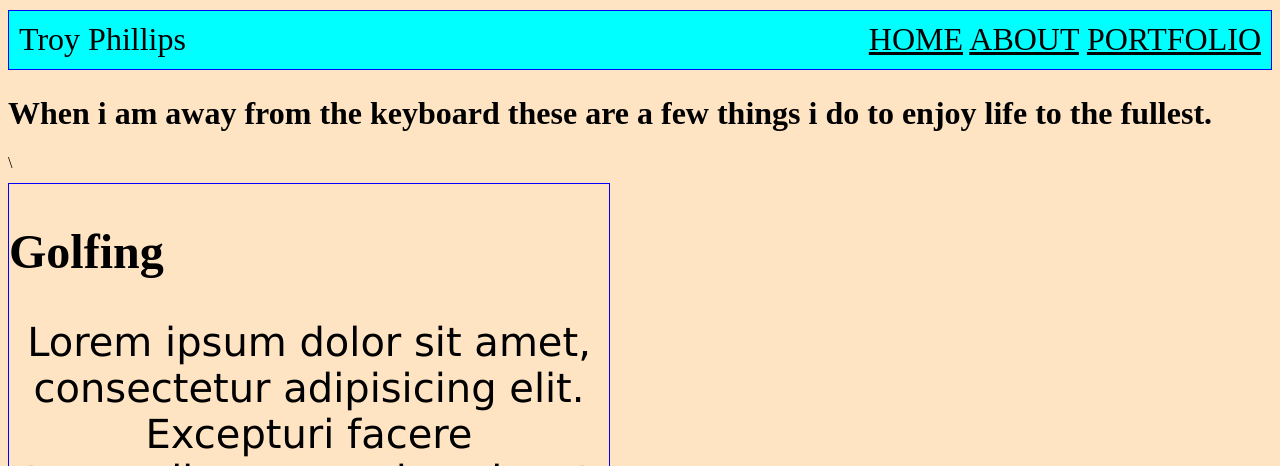
Repository: TheTroyPhillips/Personal-website
Page: about.html
The author's editor kept a copy of each file at every save. The page is drawn from the files as they stood at one save, then again after the next save.
The browser window is 1280 px wide. The pictures show the part of the page from y = 0 to 466 px (the page is 1850 px tall before and 1838 px after).
A picture or video elsewhere on the page could not be fetched, so the positions and the page height are approximate.

Above is the page before, as saved 2023-09-10 23:10:04.

### about.html
<!DOCTYPE html>
<html lang="en">
<head>
    <meta charset="UTF-8">
    <meta name="viewport" content="width=device-width, initial-scale=1.0">
    <title>Document</title>
    <link rel="stylesheet" href="style.css">
</head>
<body>
    <div class="parent">
        <div class="child">
            <span class="myname">Troy Phillips</span>
        <nav class="pages">
            <a class="active" href="/">HOME</a>
            <a href="/about.html">ABOUT</a>
            <a href="/portfolio.html">PORTFOLIO</a>
        </div>
        <h1 class="about">When i am away from the keyboard these are
            a few things i do to enjoy life to the fullest.</h1>\
     <div class="parent"></div>
        <div class="childb">
            <section>
                <h2>Golfing</h2>
                <p class="pa">Lorem ipsum dolor sit amet, consectetur adipisicing elit. Excepturi facere
                     temporibus,corporis quia, at facilis a molestiae, reprehenderit quod
                      distinctio quae in quam vitae earum ut nemo eligendi! Corporis, omnis.</p>
         </div>
         <div class="childb">
            <img src="pexels-ashford-marx-6501725.jpg" alt="">
        </div>
    </div>
         <div class="childb1">
            <section>
                <h2>Spending time with family</h2>
                <p class="pa">Lorem ipsum dolor sit amet consectetur adipisicing elit.
                     Voluptas illum id molestiae debitis harum.</p>
            </section>
         </div>
         <div class="childb1">
           <img src="pexels-anna-shvets-4586683.jpg" alt="">
        </div>
</body>
</html>

### style.css
.child{
    width: 100%;
    height: 60px;
    border: 1px solid blue;
    display: inline-block;
    box-sizing: border-box;
    background-color: aqua;
    padding: 10px;
}
.childb{
    width: 600px;
    height: 600px;
    border: 1px solid blue;
    display: inline-block;
    margin-top: 1px;
    border-left: 15%;
}
.myname{
    float: left;
    font-size: 2rem;
}
.pages{
    float: right;
    font-size: 2rem;
}
.pages a.active{
    color: inherit;
}
.pages a{
    color: inherit;
}
body{
    background-color: bisque;
}
main{
    text-align: center;
    margin-left: 5%;
    margin-right: 5%;
    font-size: 1.8rem;
}
p{
    text-align: center;
    font-size: 2.5rem;
    font-family: Verdana, Geneva, Tahoma, sans-serif;
    margin: 130px;
}
.pa{
    margin: 10px;
}
h2{
    font-size: 3rem;
}
.childc{
    width: 70%;
    height: 600px;
    border: 1px solid blue;
    margin-left: 15%;
}
.two{
    font-size: 2.2rem;
}
.extra{
    font-size: 1.8rem;
    margin-top: 10px;
    text-align: left;
    margin-left: 10px;
}
img{
    width: 300px;
}
.childb1{
    width: 600px;
    height: 600px;
    border: 1px solid blue;
    display: inline-block;
    border-left: 15%;
}
.parent{
    margin-top: 10px;

}

After the next save:
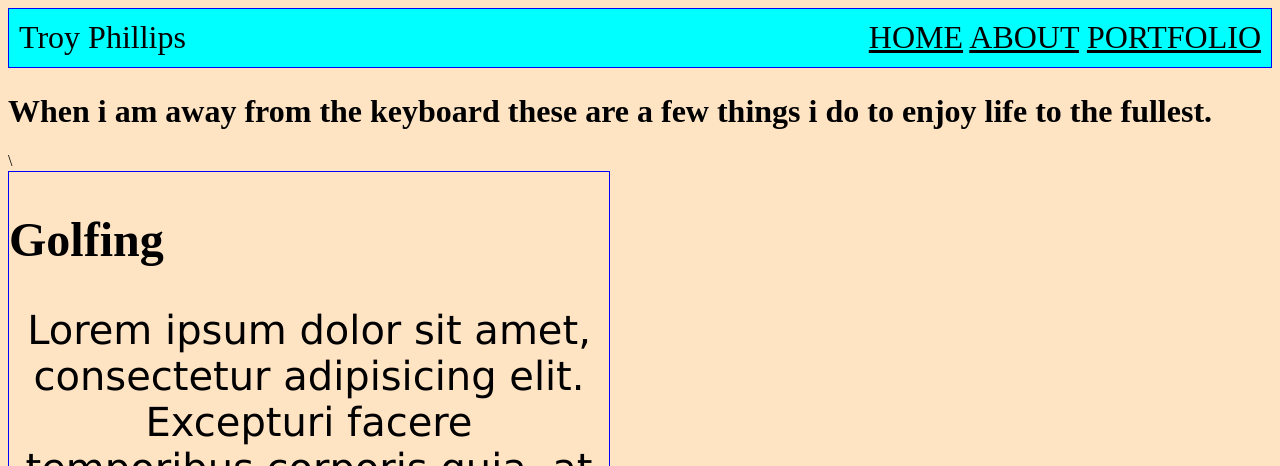
Saved 60 s later.
--- a/style.css
+++ b/style.css
@@ -75,7 +75,7 @@ img{
     display: inline-block;
     border-left: 15%;
 }
-.parent{
+.parentone{
     margin-top: 10px;
 
 }
